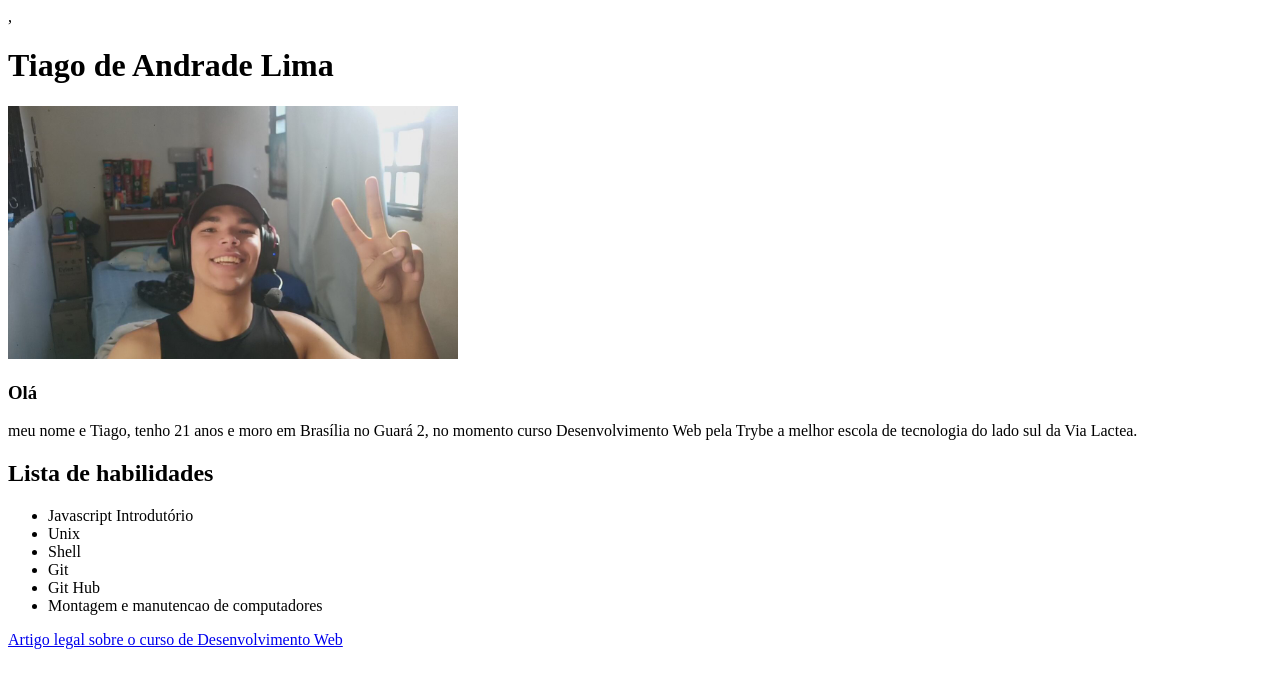
Repository: Batatiago/Batatiago.github.io
Page: index.html
An editor plug-in stored every save of this project. The page is shown before and after the next save, followed by the edit.
The browser window is 1280 px wide. The pictures show the whole page.

Above is the page before, as saved 2023-06-27 12:57:13.

### index.html
<!DOCTYPE html>
<html lang="pt-br">

<head>
  <meta charset="UTF-8">
  , <title>Tiago de Andrade Lima</title>
</head>

<body>
  <h1 class="meuNome"> Tiago de Andrade Lima</h1>
  <img src="2023-06-23-160707.jpg" alt="Imagem de Tiago" id="foto" width="450px">
  <h3>Olá</h3>
  <p class="descricao"> meu nome e Tiago, tenho 21 anos e moro em Brasília no Guará 2, no momento curso Desenvolvimento
    Web pela Trybe a melhor escola de tecnologia do lado sul da Via Lactea.</p>
  <h2>Lista de habilidades</h2>
  <ul>
    <li class="javascript">Javascript Introdutório</li>
    <li class="unix">Unix</li>
    <li class="shell">Shell</li>
    <li class="git">Git</li>
    <li class="gitHub">Git Hub</li>
    <li>Montagem e manutencao de computadores</li>
  </ul>
  <a href="https://blog.betrybe.com/carreira/frontend/" target="_blank">Artigo legal sobre o curso de Desenvolvimento
    Web</a>
</body>

</html>

After the next save:
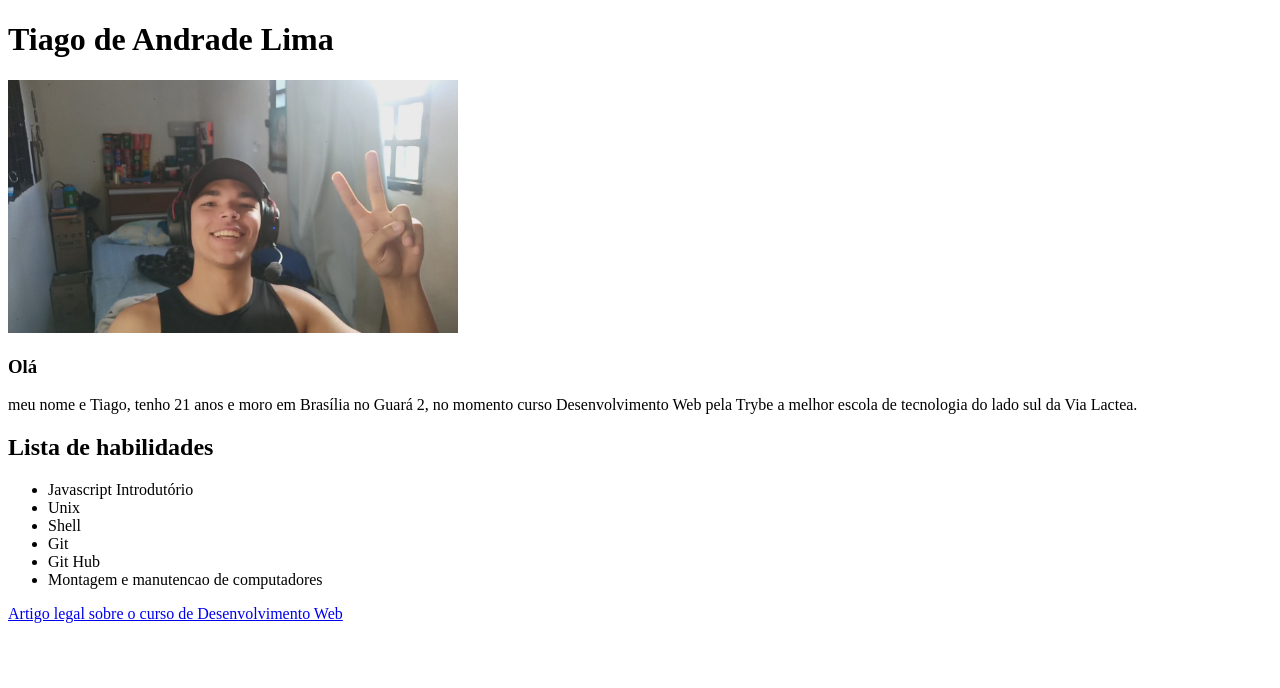
Saved 3 min 36 s later.
--- a/index.html
+++ b/index.html
@@ -3,7 +3,7 @@
 
 <head>
   <meta charset="UTF-8">
-  , <title>Tiago de Andrade Lima</title>
+   <title>Tiago de Andrade Lima</title>
 </head>
 
 <body>
